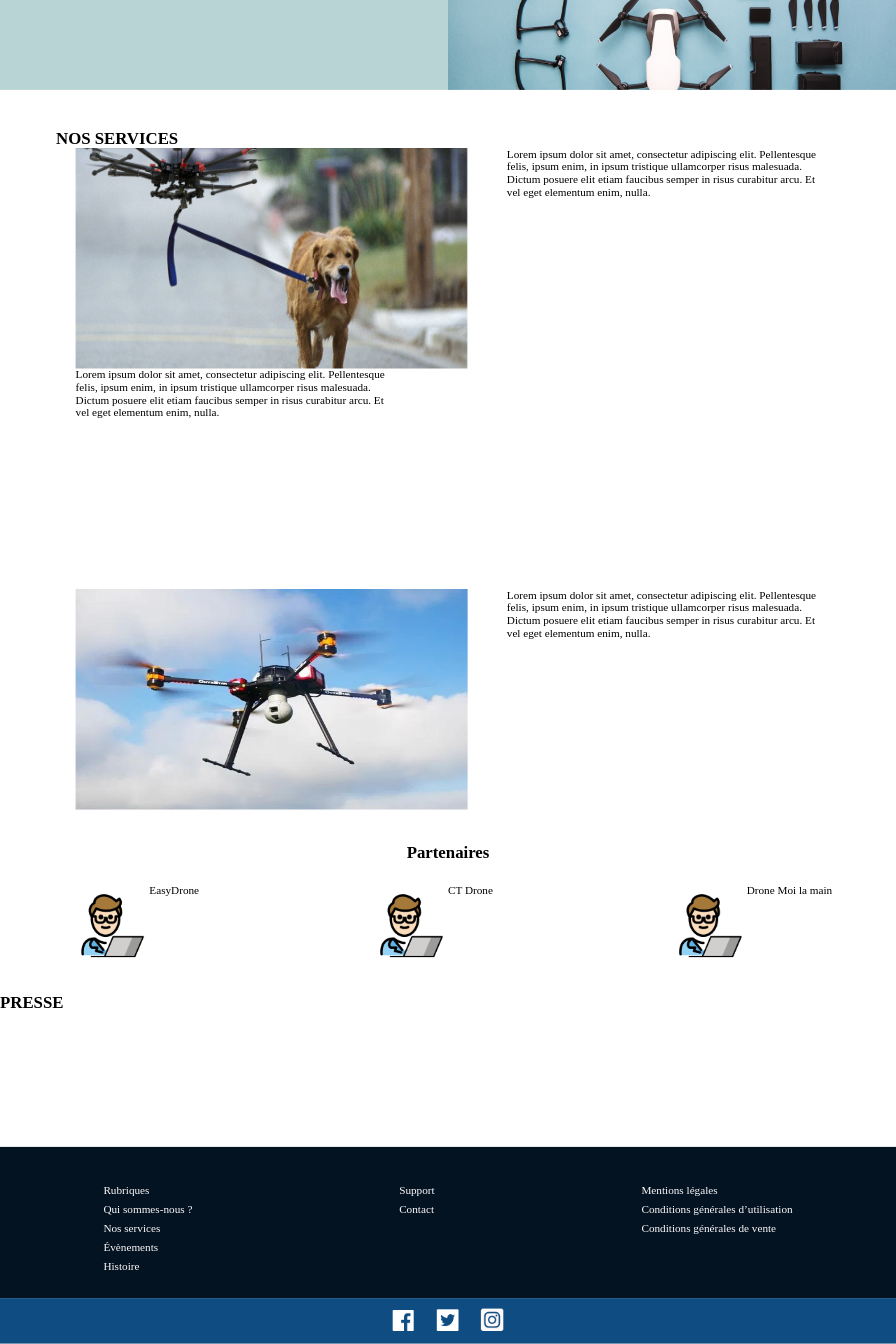
Repository: clairedupuich/serv_drone
Page: http://localhost/aceuille.html
These files come from the project's save history. The page is drawn as it stood at one moment and after a run of saves; the edit follows.
The browser window is 1280 px wide. The pictures show the part of the page from y = 748 to 2668 px (the page is 2668 px tall), at 70% of full size.
Pictures or frames that could not be fetched are drawn as grey boxes. The page is run by PHP 8.4 with error messages shown; the project is at /var/www/html/.

Above is the page before, as saved 2020-11-01 22:37:10.

After the next 4 saves:
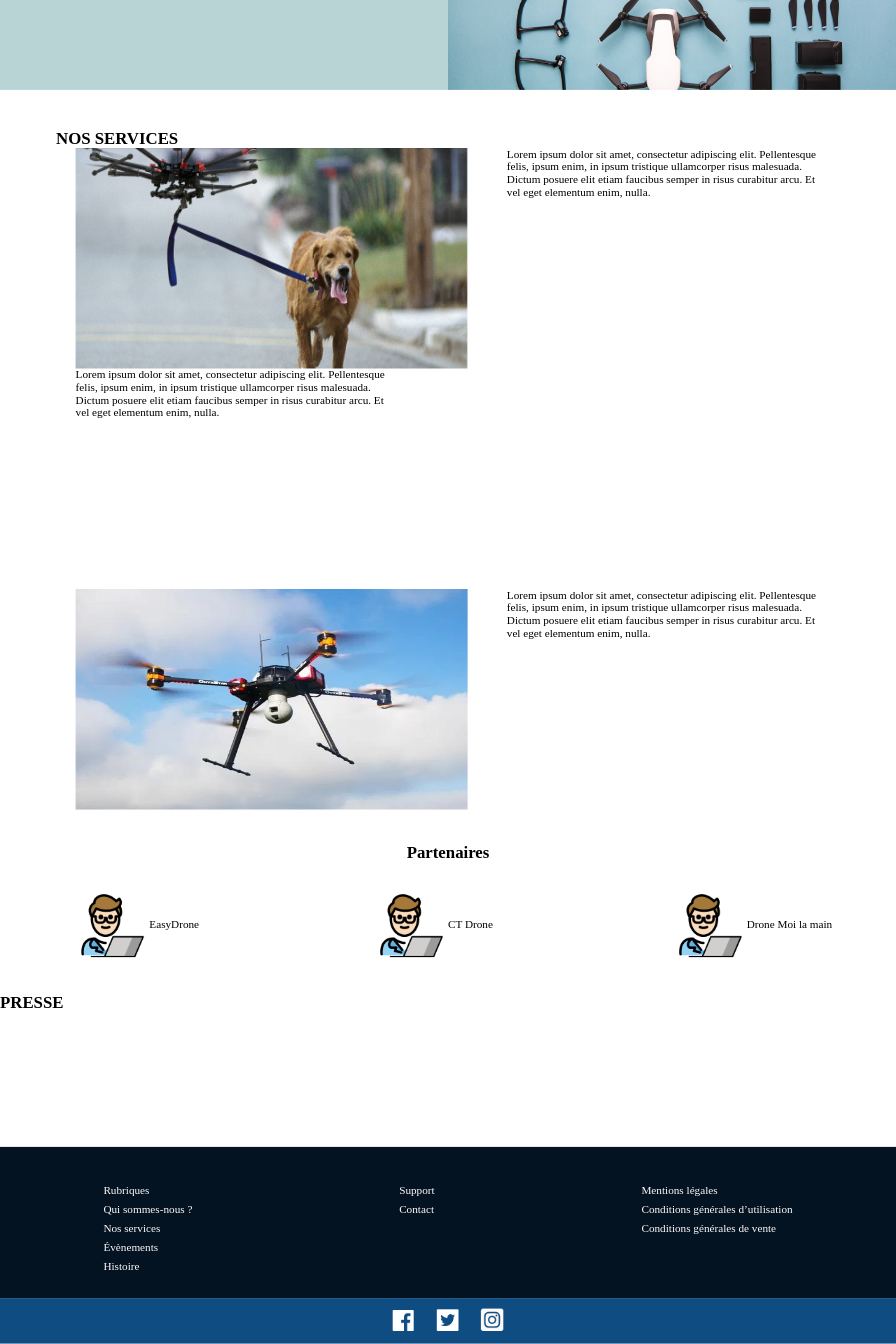
The 4 saves are shown as one change because they came seconds apart.
The last was saved 11 s later.
--- a/style.css
+++ b/style.css
@@ -649,5 +649,5 @@
     margin: 2em auto;
 }
 .block-partner p {
-    m
-}
+    padding-top: 3em;
+}

After the save that followed:
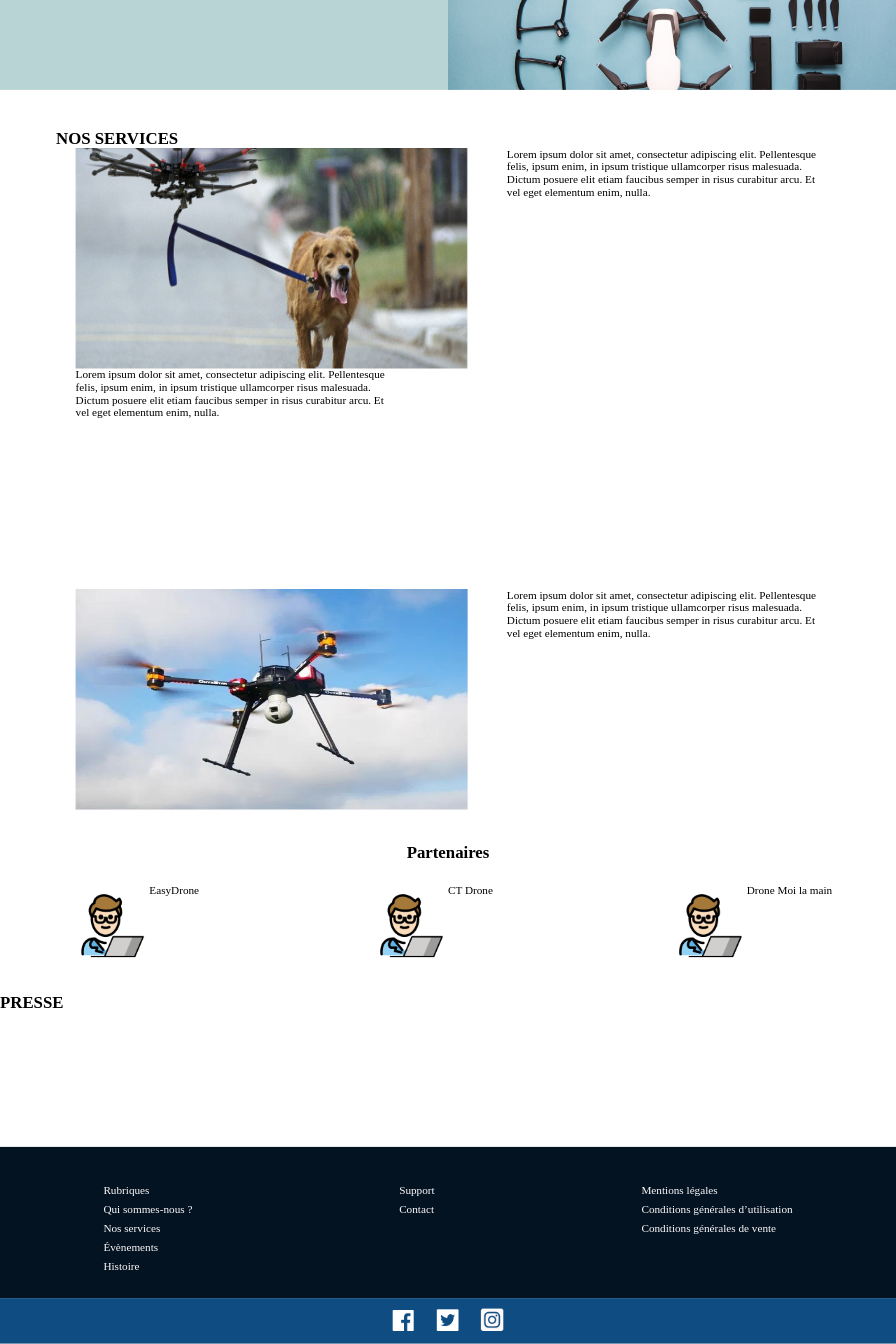
Saved 21 s later.
--- a/style.css
+++ b/style.css
@@ -649,5 +649,5 @@
     margin: 2em auto;
 }
 .block-partner p {
-    padding-top: 3em;
-}
+    padding-top: em;
+}
